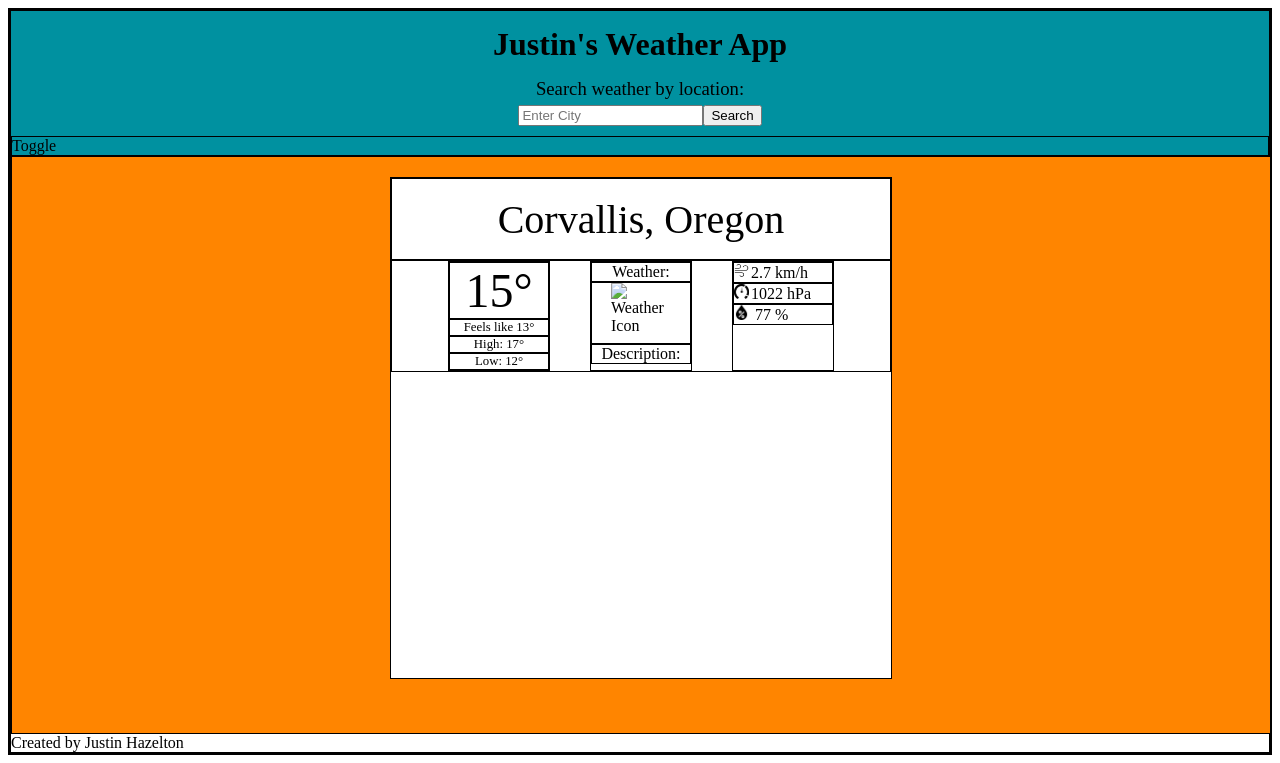
Repository: J-Haze/Weather
Page: /
An editor plug-in stored every save of this project. The page is shown before and after the next save, followed by the edit.
The browser window is 1280 px wide. The pictures show the whole page.
The project was rebuilt for these pictures with package versions that can differ from the ones it lists, and the page was loaded fresh each time. Also part of the build but not shown: src/index.css.

Above is the page before, as saved 2020-09-06 21:37:21.

### public/index.html
<!DOCTYPE html>
<html lang="en">
  <head>
    <meta charset="utf-8" />
    <link rel="icon" href="%PUBLIC_URL%/favicon.ico" />
    <meta name="viewport" content="width=device-width, initial-scale=1" />
    <meta name="theme-color" content="#000000" />
    <meta
      name="description"
      content="Web site created using create-react-app"
    />
    <link rel="apple-touch-icon" href="%PUBLIC_URL%/logo192.png" />
    <!--
      manifest.json provides metadata used when your web app is installed on a
      user's mobile device or desktop. See https://developers.google.com/web/fundamentals/web-app-manifest/
    -->
    <link rel="manifest" href="%PUBLIC_URL%/manifest.json" />
    <!--
      Notice the use of %PUBLIC_URL% in the tags above.
      It will be replaced with the URL of the `public` folder during the build.
      Only files inside the `public` folder can be referenced from the HTML.

      Unlike "/favicon.ico" or "favicon.ico", "%PUBLIC_URL%/favicon.ico" will
      work correctly both with client-side routing and a non-root public URL.
      Learn how to configure a non-root public URL by running `npm run build`.
    -->
    <title>Weather App ⛅</title>
  </head>
  <body>
    <noscript>You need to enable JavaScript to run this app.</noscript>
    <div id="root"></div>
    <!--
      This HTML file is a template.
      If you open it directly in the browser, you will see an empty page.

      You can add webfonts, meta tags, or analytics to this file.
      The build step will place the bundled scripts into the <body> tag.

      To begin the development, run `npm start` or `yarn start`.
      To create a production bundle, use `npm run build` or `yarn build`.
    -->
  </body>
</html>

### src/App.js
import React from "react";
import "./App.css";
import Weather from "./components/Weather"


// import Results from "./components/Results"

function App() {
  return (
    <div className="App" >
      <Weather />
    </div >
  )

}

export default App;

### src/App.css
:root{
    --light-blue: rgb(0,145,160);
    --orange: rgb(255, 133, 0);
    --dark-blue: rgb(0, 39, 96);
}

div {
    border: solid black 1px;
}

/* #root{
        width: 100%;
        height: 100%;
        bottom: 0px;
}

#app{
        width: 100%;
        height: 100%;
        bottom: 0px;
} */

header{
    background-color: var(--light-blue);
    display: flex;
    flex-direction: column;
    margin-left: auto;
    margin-right: auto;
    justify-content: center;
}

#title{
    display: flex;
    margin-left: auto;
    margin-right: auto;
    justify-content: center;
    /* align-items: center; */
    font-size: 2em;
    margin-top: 15px;
    margin-bottom: 15px;
    font-weight: bold;

    border: none;
}

#subtitle{
    display: flex;
    justify-content: center;
     align-items: center;
     margin-top: none;
     margin-bottom: 5px;;
    font-size: 1.17em;

    border: none;
}

#form{
    display: flex;
    margin-bottom: 10px;
}

#search-box{
    display: flex;
        margin-left: auto;
    justify-content: center;
     align-items: center;

}

#search-button{
    margin-right: auto;

      position: relative;
  /* width: 30px; */
  /* height: 30px;
  line-height: 30px; */
  color: black;
  /* flex-shrink: 0; */
}

#fa-search-location{
    display: flex;
    height: 100%;
    width: 100%;
    color: black;
}

#results-section{
    background-color: var(--orange);
    width: 100%;
    margin-top: 0px;
    height: 100%;
    min-height: 80vh;
}



#results-card{
    background-color: white;
    width: 500px;
    height: 500px;
    margin-top: 20px;
    margin-left: auto;
    margin-right: auto;
}

.location{
    display: flex;
    margin-left: auto;
    margin-right: auto;
    justify-content: center;
     align-items: center;
     height: 80px;
     font-size: 2.5em;
}

.row{
    display: flex;
}

.temp-container{
    margin-left: auto;
    width: 100px;
}

.weather-container{
    margin-left: 40px;
    margin-right: 40px;
    width: 100px;
}

.other-container{
    margin-right: auto;
    width: 100px;
}

.temp-main{
    display: flex;
    font-size: 3em;
    justify-content: center;
    align-items: center;
}

.temp{
        display: flex;
    font-size: .8em;
    justify-content: center;
    align-items: center;
}

.mid{
    display: flex;
    justify-content: center;
    align-items: center;
}

.weather{
    margin-top: 0px;
    margin-bottom: auto;
}

.icon{
    height: 60px;
    width: 60px;
    margin-top: auto;
    margin-bottom: auto;
}

.description{
    margin-top: auto;
    margin-bottom: 0px;
}

.windy{
    height: 15px;
    width: 15px;
    margin-right: 2px;
}

### src/components/Weather.js
import React from 'react';
// import getWeather from "./getWeather";
import { useState, useEffect } from 'react';
import "../App.css";
// import { getIconClass, makeDate } from '../Helpers';
import '../../node_modules/font-awesome/css/font-awesome.min.css';


//Weather Icons
import sun from '../assets/icons/01n.png'
import cloud from '../assets/icons/02n.png'
import scatteredCloud from '../assets/icons/03n.png'
import brokenCloud from '../assets/icons/04n.png'
import rain from '../assets/icons/09n.png'
import heavyRain from '../assets/icons/10n.png'
import thunderstorm from '../assets/icons/11n.png'
import snow from '../assets/icons/13n.png'
import mist from '../assets/icons/50n.png'
import windy from '../assets/icons/wind.png'
import pressIcon from '../assets/icons/pressure.png'
import humidIcon from '../assets/icons/humidity.png'


const Weather = () => {

    let [error, setError] = useState(false);
    let [loading, setLoading] = useState(false);
    let [errorMessage, setErrorMessage] = useState("");

    let [location, setLocation] = useState("");
    const [data, setData] = useState(null);
    const [url, setUrl] = useState("")

    const [city, setCity] = useState("");
    const [country, setCountry] = useState("");
    const [weather, setWeather] = useState("");
    const [description, setDescription] = useState("");
    const [icon, setIcon] = useState("");
    const [pressure, setPressure] = useState("");
    const [humidity, setHumidity] = useState("");
    const [wind, setWind] = useState("");

    const [temp, setTemp] = useState("");
    const [max, setMax] = useState("");
    const [min, setMin] = useState("");
    const [feel, setFeel] = useState("");

    // const [searched, setSearched] = useState("false")

    //to keep API hidden:
    //const API_KEY = process.env.REACT_APP_API_KEY;
    const API_KEY = process.env.REACT_APP_API_KEY;


    const handleChange = (event) => {
        event.preventDefault();
        setLocation(event.target.value);
        console.log("event.target.value:", event.target.value)
    };

    const handleSubmit = (event) => {
        event.preventDefault();
        let urlInput = `https://api.openweathermap.org/data/2.5/weather?q=${location}&appid=${API_KEY}`
        setUrl(urlInput)
    };

    useEffect(() => {
        if (!url) return;
        console.log("url:", url)
        const fetchWeather = async () => {
            setLoading(true);
            setError(false);
            try {
                const response = await fetch(url);
                const data = await response.json();
                console.log()
                if (data.cod !== 200) throw new Error(`${data.cod}: ${data.message}`);
                setData(data);
                setCity(data.name);
                setCountry(data.sys.country)
                // date: makeDate(),
                setWeather(data.weather[0].main);
                setDescription(data.weather[0].description);
                setIcon(data.weather[0].icon)
                //^^ get picture based on what the icon is
                setPressure(data.main.pressure);
                setHumidity(data.main.humidity);
                setWind(data.wind.speed);
                setTemp(data.main.temp);
                setMax(data.main['temp_max']);
                setMin(data.main['temp_min']);
                setFeel(data.main['feels_like']);
            } catch (error) {
                setError(true);
                setErrorMessage(error.message);
                console.log(error);
            }
        };
        setLoading(false);
        fetchWeather();
    },
        [url]
    );

    const weatherIcons = {
        '01n': sun,
        '02n': cloud,
        '03n': scatteredCloud,
        '04n': brokenCloud,
        '09n': rain,
        '10n': heavyRain,
        '11n': thunderstorm,
        '13n': snow,
        '50n': mist,
        '200': windy,
        '300': pressIcon,
        '400': humidIcon
    };


    // function toCelsius(fahrenheit) {
    //     return (fahrenheit - 32) * 5 / 9;
    // }

    // function toFahrenheit(celsius) {
    //     return (celsius * 9 / 5) + 32;
    // }


    console.log(error, loading, errorMessage, data)

    return (
        <div id="app">
            <header id="header">
                <div id="title" >Justin's Weather App</div>
                <div id="subtitle"> Search weather by location:</div>
                <form onSubmit={handleSubmit} id="form">
                    <input
                        type="text"
                        name="location"
                        placeholder="Enter City"
                        maxLength="50"
                        value={location || ""}
                        onChange={handleChange}
                        id="search-box"
                    />
                    <button type="submit" id="search-button">
                        <i className="fas fa-search-location"></i>
                        Search
                    </button>
                </form>
                <div> Toggle </div>
            </header>
            <div id="results-section">
                <div id="results-card">
                    <div className="location">
                        {`Corvallis, Oregon${city}${country}`}
                    </div>

                    <div className="row">
                        <div className="temp-container">
                            <div className="temp-main">15&#176; {temp}</div>
                            <div className="feel temp">Feels like 13&#176; {feel}</div>
                            <div className="max temp">High: 17&#176; {max}</div>
                            <div className="min temp">Low: 12&#176; {min}</div>

                        </div>

                        <div className="weather-container">
                            <div className="weather mid"> Weather: {weather} </div>
                            <div className="mid"><img src={weatherIcons[icon]} className="icon" alt="Weather Icon" /></div>
                            <div className="description mid">Description: {description}</div>
                        </div>

                        <div className="other-container">
                            <div className="wind other"><img src={weatherIcons['200']} className="windy" alt="Wind Icon" />2.7{wind} km/h</div>
                            <div className="pressure other">
                                <img src={weatherIcons['300']} className="windy" alt="Wind Icon" />1022  {pressure} hPa
                            </div>
                            <div className="humidity other">
                                <img src={weatherIcons['400']} className="windy" alt="Wind Icon" /> 77{humidity} %</div>
                        </div>
                    </div>
                </div>
            </div>
            <footer>
                Created by Justin Hazelton
            </footer>
        </div>
    )

}

export default Weather

Loaded but not shown: src/index.js (common file); src/serviceWorker.js (common file)

After the next save:
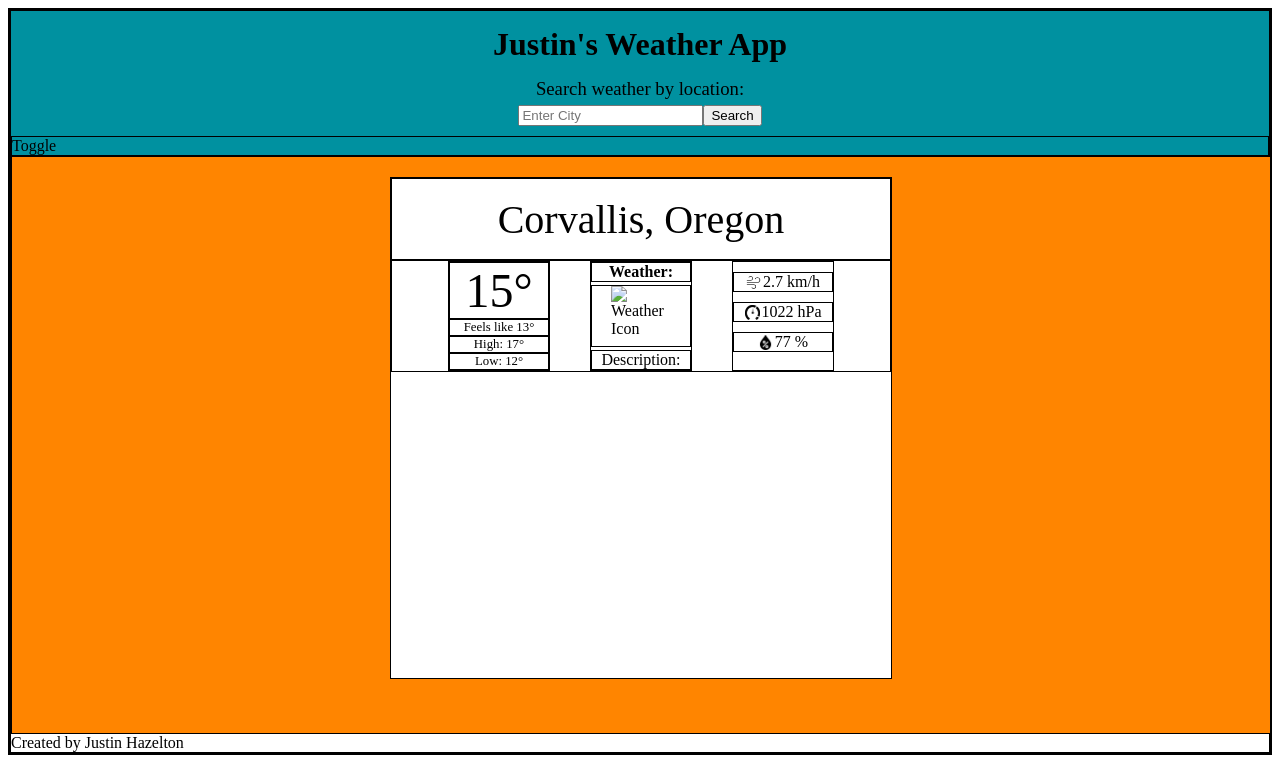
Saved 8 min 48 s later.
--- a/src/App.css
+++ b/src/App.css
@@ -124,6 +124,8 @@ header{
 }
 
 .weather-container{
+    display: flex;
+    flex-direction: column;
     margin-left: 40px;
     margin-right: 40px;
     width: 100px;
@@ -157,6 +159,7 @@ header{
 .weather{
     margin-top: 0px;
     margin-bottom: auto;
+    font-weight: bold;
 }
 
 .icon{
@@ -176,3 +179,11 @@ header{
     width: 15px;
     margin-right: 2px;
 }
+
+.other{
+    display: flex;
+    justify-content: center;
+    align-items: center;
+    margin-top: 10px;
+    margin-bottom: auto;
+}
